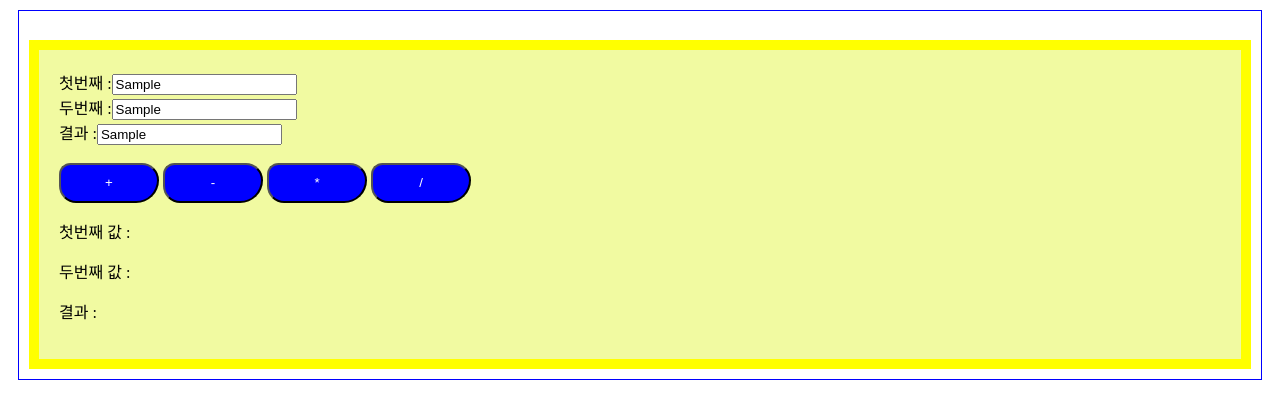
Repository: seonyeob94/BasicWeb
Page: webpro/src/main/webapp/0318/함수예제2.html
These files come from the project's save history. The page is drawn as it stood at one moment and after the next save; the edit follows.
The browser window is 1280 px wide. The pictures show the whole page.
Empty fields were first filled with sample values (such as "Sample", 5 or name@example.com).
After loading, the first visible `input[onclick="calc('+')"]` was clicked once.

Above is the page before, as saved 2025-03-18 01:08:19.
Console error: SyntaxError: Unexpected token ';'

### webpro/src/main/webapp/0318/함수예제2.html
<!DOCTYPE html>
<html>
<head>
<meta charset="UTF-8">
<title>Insert title here</title>
<link rel="stylesheet" href="../css/public.css">
<script type="text/javascript">
//const calc = function(op){}

const add = ()=>{
	return parseInt(vx) + parseInt(vy);
}
const sub = ()=>{
	return parseInt(vx) - parseInt(vy);

}
const multi = ()=>{
	return parseInt(vx) * parseInt(vy);

}
const divide = ()=>{
	return parseInt(vx) / parseInt(vy);

}

const calc= (op) =>{

	//op변수는 함수 호출시에 값을 받은 매개변수, 파라미터변수, 지역변수
	//+,-,/,* 중에 하나가 대입한다

	//id=x인 요소 접근-값 가져오기 -String리턴
	vx= parseInt(document.getElementById('x').value);

	//id=y인 요소 접근-값 가져오기 -String리턴
	vy=  parseInt(document.getElementById('y').value);


	switch(op){
	case "+" :
		res = ;
		break;
	case "-" :
		res = ;
		break;
	case "*" :
		res = ;
		res = res.toLocaleString();
		break;
	case "/" :
		res = ;
		res = res.toFixed(2);
		break;
	}

	//출력
	//id=sum인 요소 검색- 출력 - value

	document.getElementById('sum').value=res;

	//id=sp1요소 검색 - vx값을 출력 - innerText
	document.getElementById('sp1').innerText=vx;

	//id=sp2요소 검색 - vy값을 출력 - innerText
	document.getElementById('sp2').innerText=vy;
	//id=sp3요소 검색 - res값을 출력 - innerText
	document.getElementById('sp3').innerText=res;
}
</script>
</head>
<body>

<div class="box">
  <h3></h3>
  <form>
    첫번째 :<input id="x"><br>
    두번째 :<input id="y"><br>
    결과 :<input id="sum"><br>
    <br>
    <input type="button" onclick="calc('+')" value="+">
    <input type="button" onclick="calc('-')" value="-">
    <input type="button" onclick="calc('*')" value="*">
    <input type="button" onclick="calc('/')" value="/"><br>
    <p>첫번째 값 :<span id="sp1"></span> </p>
    <p>두번째 값 :<span id="sp2"></span> </p>
    <p>결과 :<span id="sp3"></span> </p>
  </form>
</div>


</body>
</html>

### webpro/src/main/webapp/css/public.css
@charset "UTF-8";

form {
	background: #f1faa1;
	border: 10px solid yellow;
	padding: 20px;
}

.box{
	border : 1px solid blue;
	margin : 10px;
	padding : 10px;

}
.box input[type=button]{

	width : 100px;
	height : 40px;
	background : blue;
	color : white;
	border-radius: 40px 60px 80px;
}

.box div{
	border : 1px dotted orange;
	width : 80%;
	padding : 20px;
	margin : 10px;
}

After the next save:
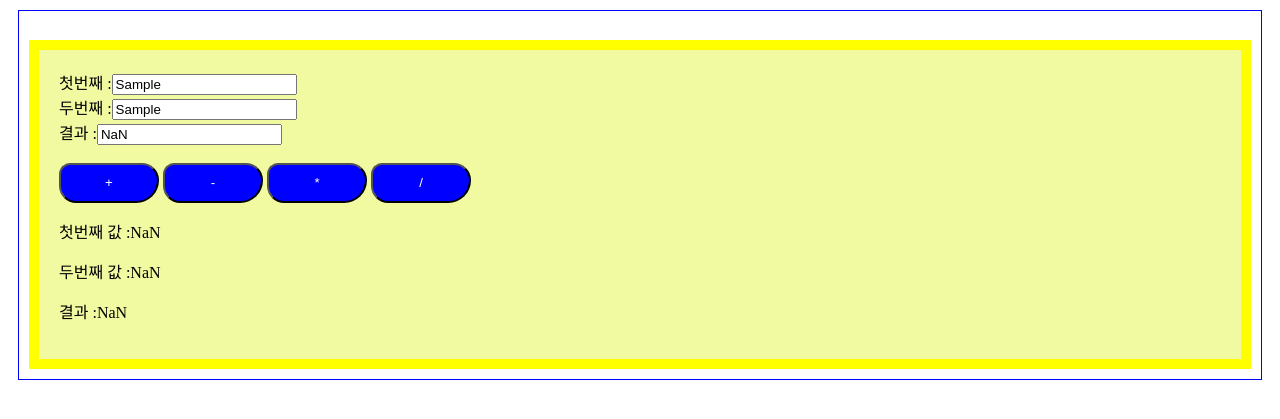
The error is gone.
Saved 44 s later.
--- a/webpro/src/main/webapp/0318/함수예제2.html
+++ b/webpro/src/main/webapp/0318/함수예제2.html
@@ -37,17 +37,17 @@ const calc= (op) =>{
 
 	switch(op){
 	case "+" :
-		res = ;
+		res = add();
 		break;
 	case "-" :
-		res = ;
+		res = sub();
 		break;
 	case "*" :
-		res = ;
+		res = multi();
 		res = res.toLocaleString();
 		break;
 	case "/" :
-		res = ;
+		res = divide();
 		res = res.toFixed(2);
 		break;
 	}
